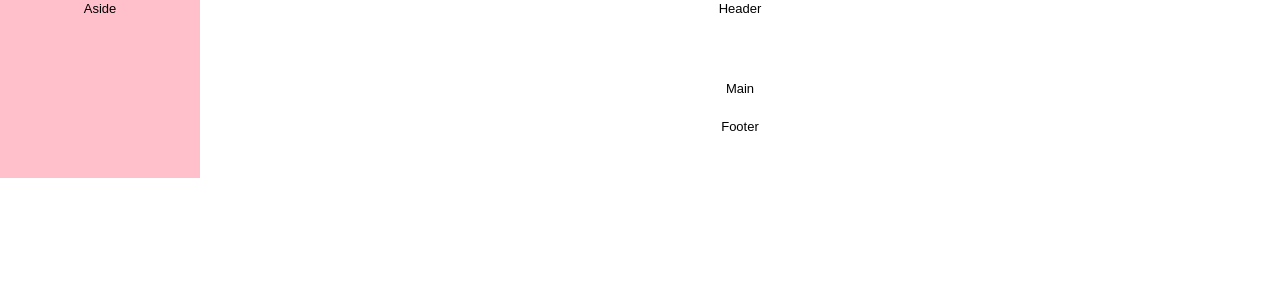
Repository: wuder-jie/Manager-System
Page: /home
These files come from the project's save history. The page is drawn as it stood at one moment and after a run of saves; the edit follows.
The browser window is 1280 px wide. The pictures show the whole page.
The project was rebuilt for these pictures with package versions that can differ from the ones it lists, and the page was loaded fresh each time. Also part of the build but not shown: vue.config.js.

Above is the page before, as saved 2022-11-28 14:01:34.

After the next 2 saves:
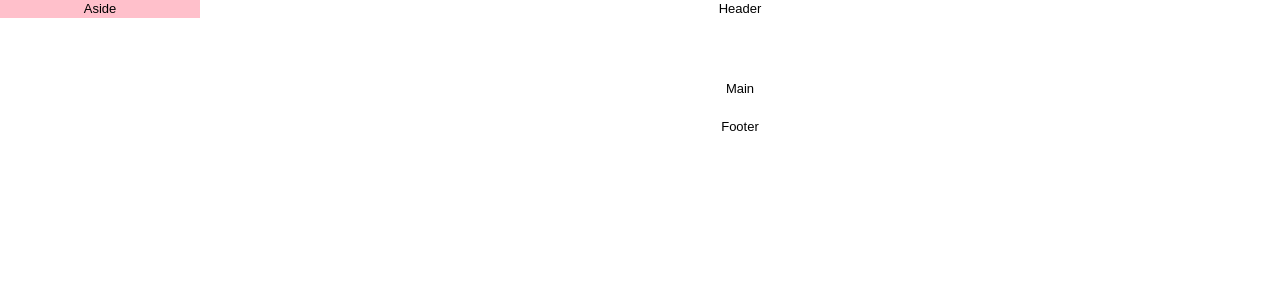
The 2 saves are shown as one change because they came seconds apart.
The last was saved 11 s later.
--- a/src/pages/home/index.vue
+++ b/src/pages/home/index.vue
@@ -22,11 +22,12 @@ export default {
 };
 </script>
 <style lang="scss">
-#home{
+#home {
   height: 100%;
   width: 100%;
-  .el-aside{
+  .el-aside {
     background-color: pink;
+    height: 100%;
   }
 }
 </style>
